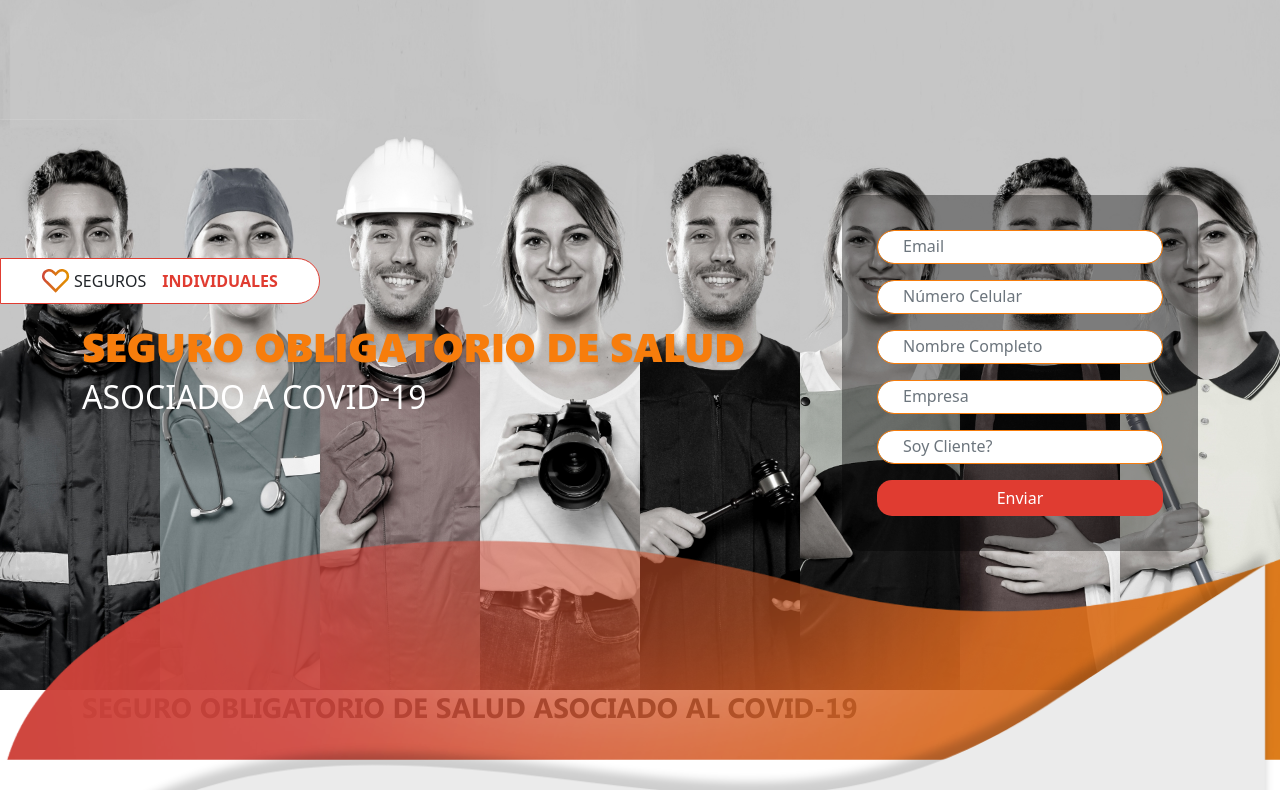
Repository: Darigo30/vidacamara
Page: index.html
These files come from the project's save history. The page is drawn as it stood at one moment and after the next save; the edit follows.
The browser window is 1280 px wide. The pictures show the whole page.
Some web fonts or font styles are not loaded; a fallback is used. Some web libraries are served in a nearby version.

Above is the page before, as saved 2021-07-28 22:11:00.
Not found: assets/js/custom.js

### index.html
<!DOCTYPE html>
<html lang="es">
<head>
    <meta charset="UTF-8">
    <link rel= "shortcut icon "type="image/png" href="assets/img/favicon.png">
    <meta name="viewport" content="width=device-width, initial-scale=1.0">
    <link rel="stylesheet" href="css/style.css">
    <title>Vida Cámara</title>
</head>
<body>
    <main>
        <nav class="navbar navb">
            <div class="container">
              <a class="navbar-brand" href="#">
                <img src="/assets/img/logo.png" alt="Logo Vida Camara">
              </a>
            </div>
        </nav>
        <section class="bg-header">
            <div class="seg">
                <img src="assets/img/heart.png">
                <div class="ms-1 text-uppercase">Seguros</div>
                <div class="ms-3 text-uppercase fw-bold"><span>Individuales</span></div>
            </div>
            <div class="container">
                <div class="row cont-form-text">
                    <div class="col-8 d-flex flex-column justify-content-center">
                        <h1>Seguro obligatorio de salud</h1>
                        <h2 class="text-uppercase">Asociado a COVID-19</h2>
                    </div>
                    <div class="col-4">
                        <div class="form">
                            <div class="mb-3">
                                <input type="email" class="form-control rounded-pill br-f" id="exampleFormControlInput1" placeholder="Email">
                            </div>
                            <div class="mb-3">
                                <input type="email" class="form-control rounded-pill br-f" id="exampleFormControlInput1" placeholder="Número Celular">
                            </div>
                            <div class="mb-3">
                                <input type="email" class="form-control rounded-pill br-f" id="exampleFormControlInput1" placeholder="Nombre Completo">
                            </div>
                            <div class="mb-3">
                                <input type="email" class="form-control rounded-pill br-f" id="exampleFormControlInput1" placeholder="Empresa">
                            </div>
                            <div class="mb-3">
                                <input type="email" class="form-control rounded-pill br-f" id="exampleFormControlInput1" placeholder="Soy Cliente?">
                            </div>
                            <button class="btn btn-primary btn-grande">Enviar</button>
                          </div>
                    </div>
                </div>
            </div>
        </section>
        <section class="seguro">
            <div class="container">
                <div class="row">
                    <div class="col-12">
                        <h3>Seguro obligatorio de salud asociado al COVID-19</h3>
                    </div>
                </div>
            </div>
        </section>
    </main>


<link href="https://cdn.jsdelivr.net/npm/bootstrap@5.0.0-beta2/dist/css/bootstrap.min.css" rel="stylesheet" integrity="sha384-BmbxuPwQa2lc/FVzBcNJ7UAyJxM6wuqIj61tLrc4wSX0szH/Ev+nYRRuWlolflfl" crossorigin="anonymous">
<script src="https://cdn.jsdelivr.net/npm/bootstrap@5.0.0-beta2/dist/js/bootstrap.min.js" integrity="sha384-nsg8ua9HAw1y0W1btsyWgBklPnCUAFLuTMS2G72MMONqmOymq585AcH49TLBQObG" crossorigin="anonymous"></script>
<script src="https://cdn.jsdelivr.net/npm/@popperjs/core@2.6.0/dist/umd/popper.min.js" integrity="sha384-KsvD1yqQ1/1+IA7gi3P0tyJcT3vR+NdBTt13hSJ2lnve8agRGXTTyNaBYmCR/Nwi" crossorigin="anonymous"></script>
<script src="https://code.jquery.com/jquery-3.5.1.min.js" integrity="sha256-9/aliU8dGd2tb6OSsuzixeV4y/faTqgFtohetphbbj0=" crossorigin="anonymous"></script>

<!--Mi script-->
<script src="assets/js/custom.js"></script>

</body>
</html>

### css/style.css
:root{
    --body-color: #EBEBEB;
    --color-orange: #F77D0C;
    --color-white: #FFFFFF;
    --color-grey: #606060;
    --color-red: #E03C31;
    --color-par: #5A5B5F;
}
@font-face {
    font-family: 'Segoe UI Regular';
    font-style: normal;
    font-weight: normal;
    src: local('Segoe UI Regular'), url('/assets/fonts/UI.woff') format('woff');
}
@font-face {
    font-family: 'Segoe UI Bold';
    font-style: normal;
    font-weight: normal;
    src: local('Segoe UI Bold'), url('/assets/fonts/Segoe UI Bold.woff') format('woff');
}
@font-face {
    font-family: 'Segoe UI Black';
    font-style: normal;
    font-weight: normal;
    src: local('Segoe UI Black'), url('/assets/fonts/seguibl.woff') format('woff');
}

/*Basics*/

body{
    box-sizing: border-box;
    font-family: 'Segoe UI Regular';
    padding: 0;
    margin: 0;
    font-size: 15px;
    color: var(--color-par);
}
h1, h3{
    font-family: 'Segoe UI Bold';
    text-transform: uppercase;
}
h1{
    font-size: 56px;
    color: var(--color-orange);
    text-shadow: 0px 2px 2px rgba(0, 0, 0, 0.1);
    font-family: 'Segoe UI Black';
}
h2{
    font-size: 41px;
    color: var(--color-white);
}
h3{
    font-size: 40px;
}
h4{
    font-size: 30px;
}
h5{
    font-size: 26px;
}
span{
    color: var(--color-red);
}
/*Header + Banner*/

.navbar.navb {
    position: absolute;
    width: 100%;
    margin-top: 25px;
}
.bg-header{
    background: url(/assets/img/bg-header.jpg) center no-repeat;
    background-size: cover;
    height: 690px;
    display: flex;
    align-items: center;
    position: relative;
}
.form {
    background: #00000061;
    padding: 35px;
    border-radius: 20px;
}
.form-control.br-f {
   border: 1px solid var(--color-orange);
   padding: 3px 25px 5px;
}
.btn.btn-grande{
    background: var(--color-red);
    border: none;
    width: 100%;
    border-radius: 15px;
}
.row.cont-form-text{
    margin-top: 5%;
}
.seg {
    background: white;
    width: 25%;
    position: absolute;
    top: 30%;
    display: flex;
    justify-content: center;
    padding: 10px 10px;
    border-top-right-radius: 25px;
    border-bottom-right-radius: 25px;
    border: 1px solid var(--color-red);
    margin-top: 4%;
}
.bg-header::before{
    content: '';
    background: url(/assets/img/onda.png) bottom no-repeat;
    background-size: auto;
    background-size: auto;
    background-size: 100%;
    position: absolute;
    width: 100%;
    height: 35%;
    z-index: 0;
    bottom: -70px;
}
/*Seccion seguro obligatorio*/

.seguro::before{
    content: '';
    background: url(/assets/img/mascara.png) top right no-repeat;
    background-size: auto;
    background-size: auto;
    background-size: 100%;
    position: absolute;
    width: 100%;
    height: 35%;
    z-index: 0;
    bottom: -70px;
}

After the next save:
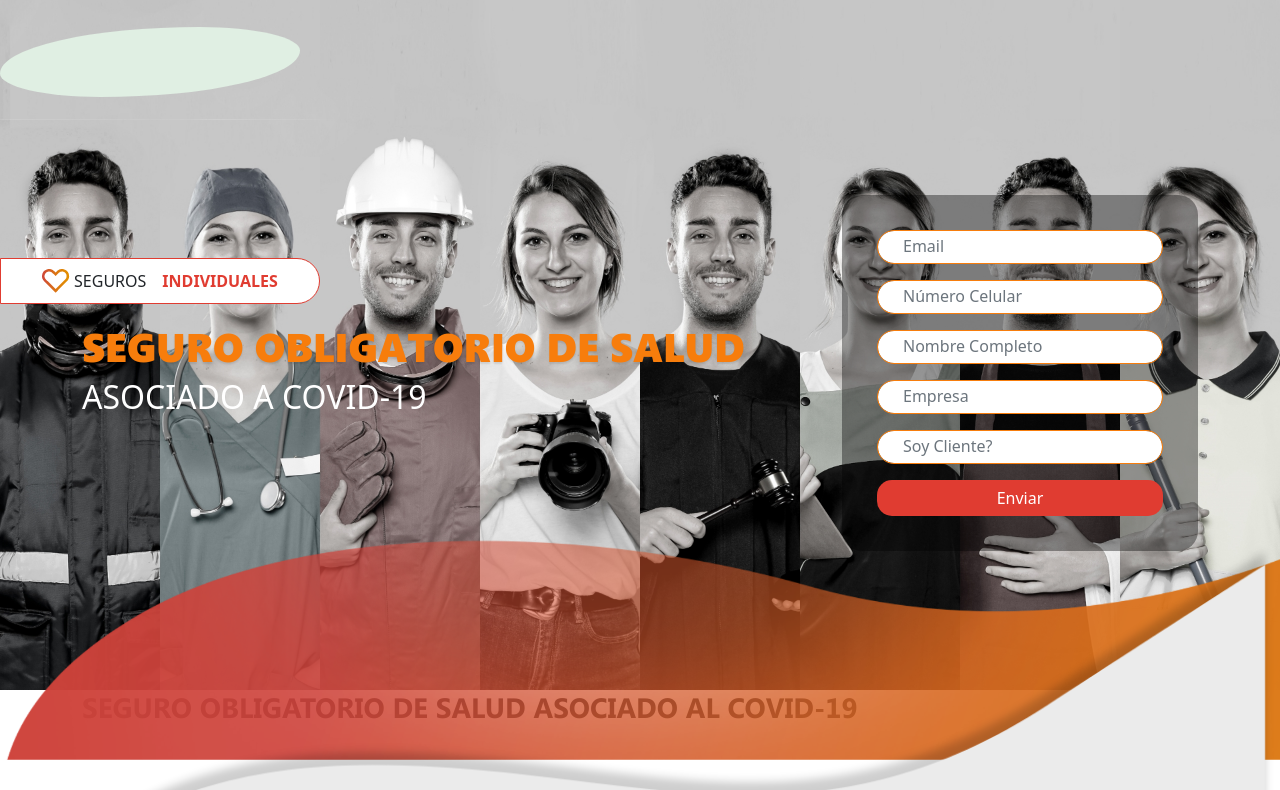
Saved 12 min 24 s later.
--- a/css/style.css
+++ b/css/style.css
@@ -133,3 +133,14 @@
     z-index: 0;
     bottom: -70px;
 }
+.seguro:after {
+    content: "";
+    display: block;
+    position: absolute;
+    border-radius: 100% 50%;
+    width: 300px;
+    height: 70px;
+    background-color: #e0efe3;
+    left: 0;
+    top: 27px;
+  }
